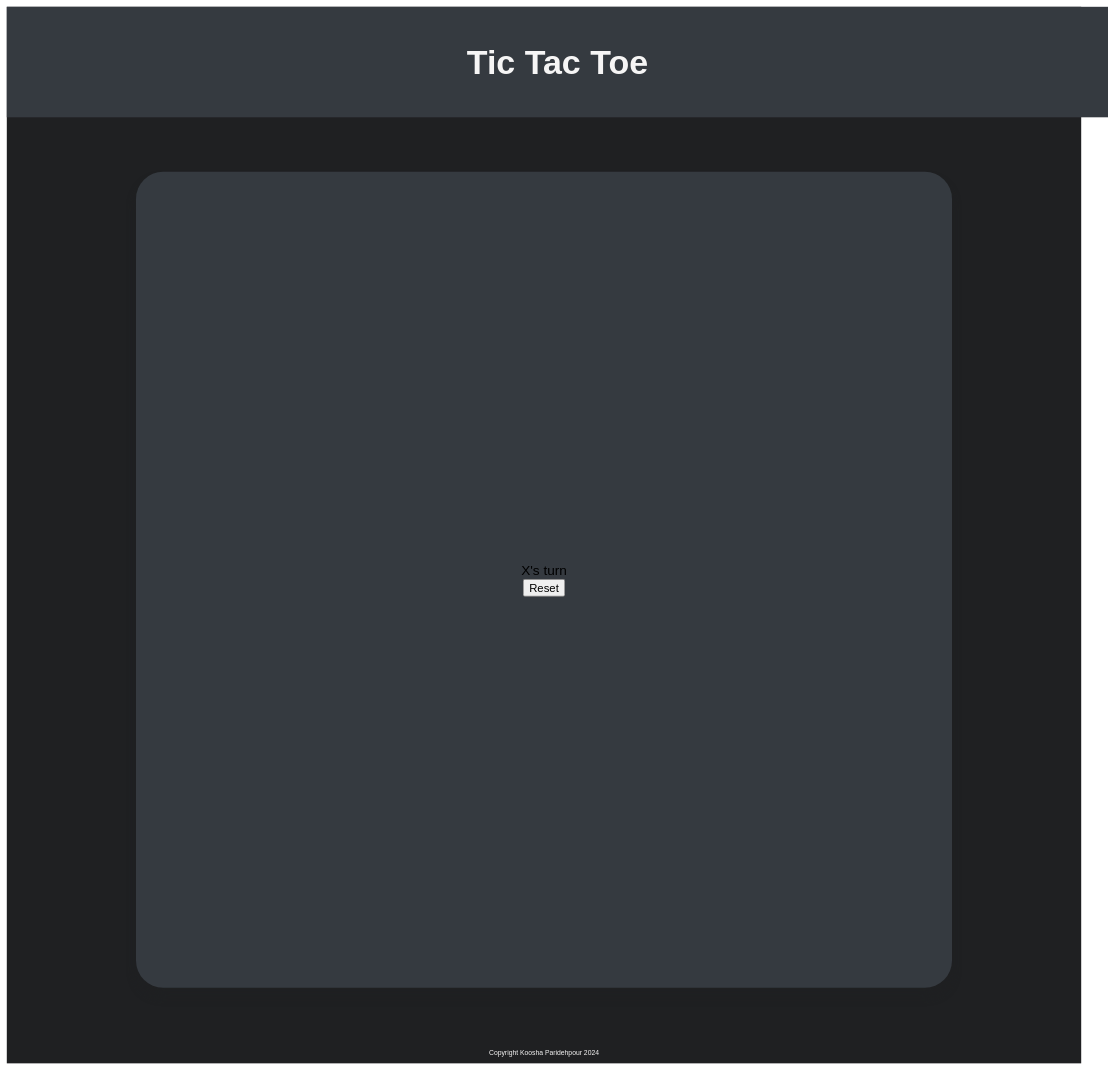
Repository: KooshaPari/odin-TTT
Page: index.html
These files come from the project's save history. The page is drawn as it stood at one moment and after the next save; the edit follows.
The browser window is 1280 px wide. The page is 1304 px wide, so the pictures cover 1304 px, including what lies to the right of the window. The pictures show the whole page, at 85% of full size.

Above is the page before, as saved 2024-03-14 22:47:46.

### index.html
<!doctype html>
<html lang="en">
  <head>
    <meta charset="UTF-8" />

    <link rel="stylesheet" href="./style.css" />
    <meta name="viewport" content="width=device-width, initial-scale=1.0" />
    <title>Document</title>
  </head>
  <body>
    <div id="parent">
      <div id="header">
        <h1>Tic Tac Toe</h1>
      </div>
      <div id="body">
        <div id="game">
          <div id="board">
            <div class="square" id="0"></div>
            <div class="square" id="1"></div>
            <div class="square" id="2"></div>
            <div class="square" id="3"></div>
            <div class="square" id="4"></div>
            <div class="square" id="5"></div>
            <div class="square" id="6"></div>
            <div class="square" id="7"></div>
            <div class="square" id="8"></div>
          </div>
          <div id="status">X's turn</div>
          <button id="reset">Reset</button>
        </div>
      </div>
      <div id="footer">
        <p>Copyright Koosha Paridehpour 2024</p>
      </div>
    </div>
  </body>
</html>

### style.css
* {
  font-family: sans-serif;
}
#parent {
  background-color: #1f2022;
  width: 100%;
  height: 100%;
}
#header {
  background-color: #353a40;
  padding: 1.25%;
  width: 100%;
  height: 100%;
}
#header h1 {
  color: #f6f5f5;

  font-size: 2.5em;
}
#footer p {
  color: #f6f5f5;
  font-size: 0.5em;
}

#header,
#footer,
#body {
  display: flex;
  align-items: center;
  justify-content: center;
}
#title {
  color: #f6f5f5;
}
#body {
  flex-direction: column;
}
#game {
  display: flex;
  flex-direction: column;
  justify-content: center;
  align-items: center;
  background-color: #353a40;
  border-radius: 2em;
  margin: 5vw;
  box-shadow: 0px 10px 10px #1f2022;
  width: 75vw;
  height: 75vw;
  -webkit-border-radius: 2em;
  -moz-border-radius: 2em;
  -ms-border-radius: 2em;
  -o-border-radius: 2em;
}

After the next save:
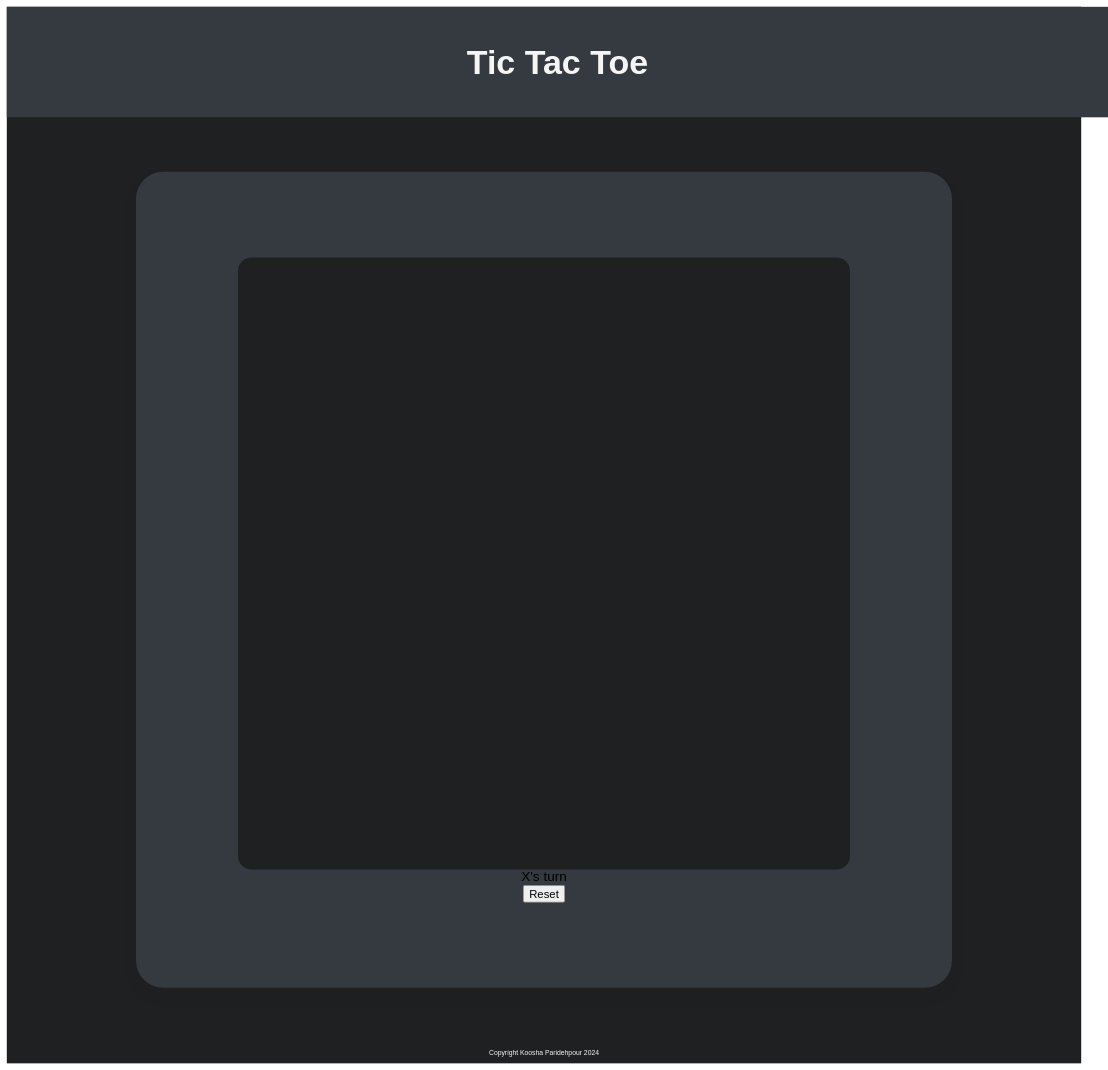
Saved 36 s later.
--- a/style.css
+++ b/style.css
@@ -51,3 +51,13 @@
   -ms-border-radius: 2em;
   -o-border-radius: 2em;
 }
+#board {
+  width: 75%;
+  height: 75%;
+  background-color: #1f2022;
+  border-radius: 1em;
+  -webkit-border-radius: 1em;
+  -moz-border-radius: 1em;
+  -ms-border-radius: 1em;
+  -o-border-radius: 1em;
+}
